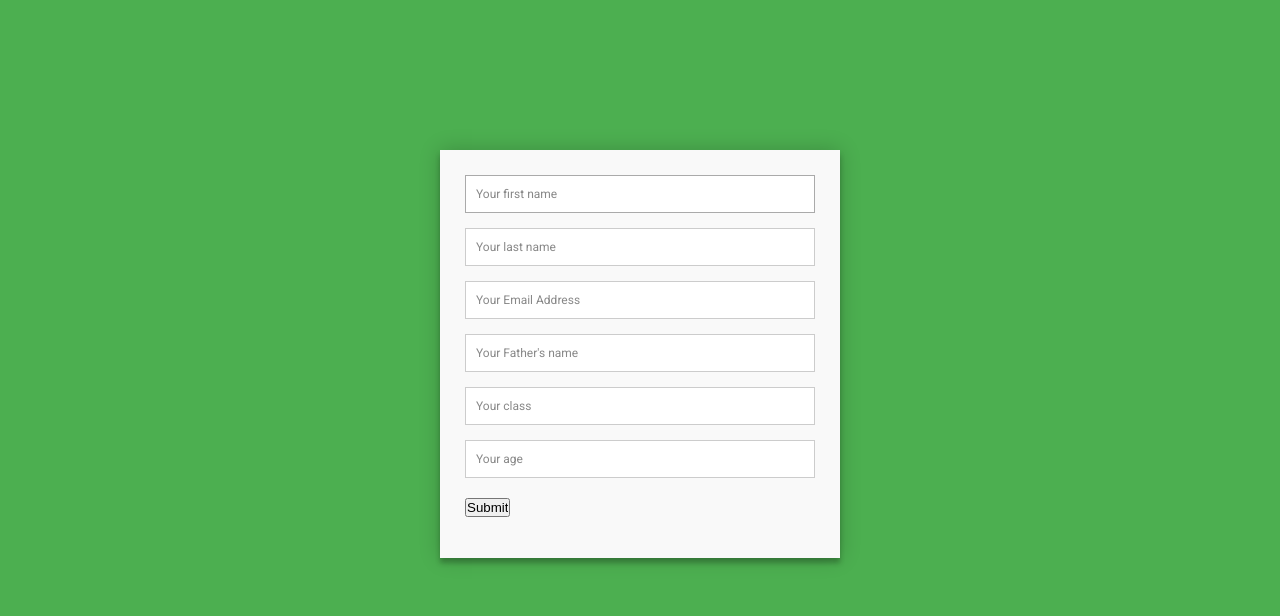
Repository: meta-pranjal-agrawal/software_fundamentals
Page: EAD/ead_assignment2/EADSession3/WebContent/Index.html
An editor plug-in stored every save of this project. The page is shown before and after the next save, followed by the edit.
The browser window is 1280 px wide. The pictures show the whole page.

Above is the page before, as saved 2020-02-02 08:24:03.

After the next save:
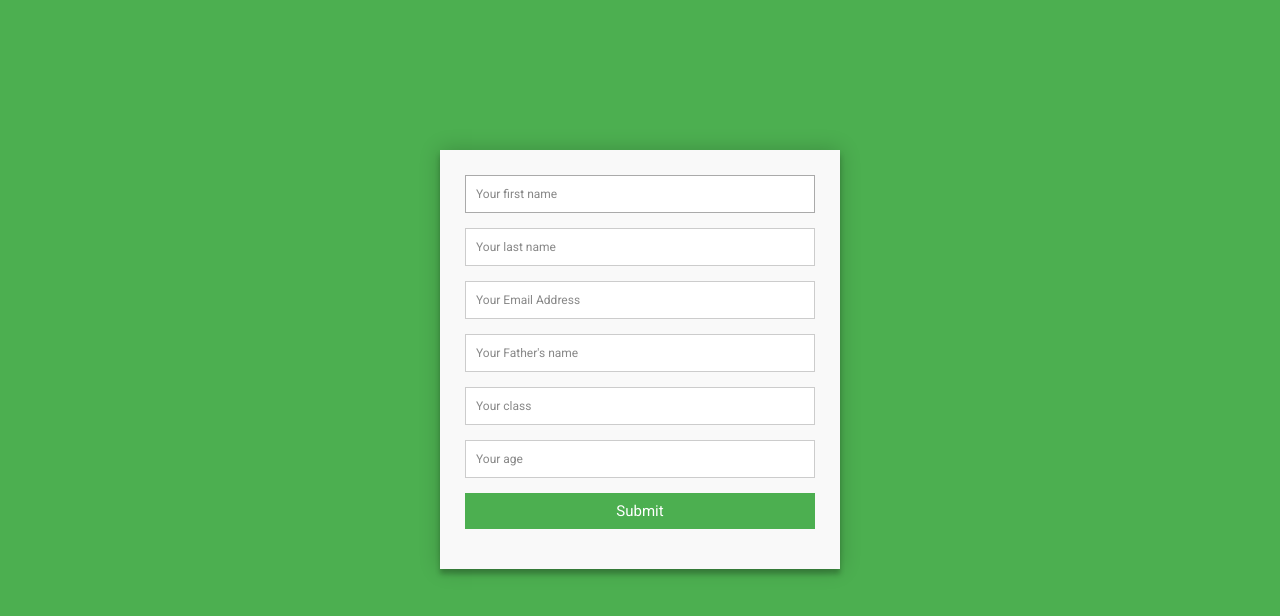
Saved 26 s later.
--- a/EAD/ead_assignment2/EADSession3/WebContent/Index.html
+++ b/EAD/ead_assignment2/EADSession3/WebContent/Index.html
@@ -175,7 +175,7 @@ fieldset {
    </fieldset>
 
    <fieldset>
-     <input name="submit" type="submit" id="contact-submit" data-submit="...Sending">
+     <button name="submit" type="submit" id="contact-submit" data-submit="...Sending">Submit</button>
    </fieldset>
 
  </form>
